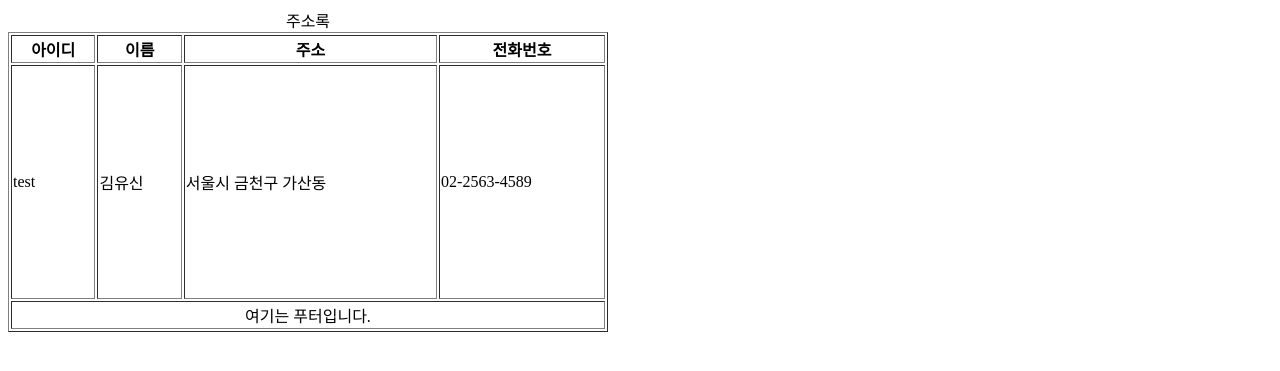
Repository: rightsecond3/java52
Page: workspace_script/dev_html/WebContent/html_table/table_1.html
The author's editor kept a copy of each file at every save. The page is drawn from the files as they stood at one save, then again after the next save.
The browser window is 1280 px wide. The pictures show the whole page.

Above is the page before, as saved 2019-06-10 02:15:33.

### workspace_script/dev_html/WebContent/html_table/table_1.html
<!DOCTYPE html>
<html>
<head>
<meta charset="UTF-8">
<title>주소록</title>
</head>
<body>
	<table border="1" width="600px" height="300px">
		<!-- 테이블의 이름 지정 -->
		<caption>주소록</caption>
		<thead>
			<!-- 로우 -->
			<tr>
				<!-- 컬럼 -->
				<th>아이디</th>
				<th>이름</th>
				<th>주소</th>
				<th>전화번호</th>
			</tr>
		</thead>
		<tbody>
			<tr>
				<td>test</td>
				<td>김유신</td>
				<td>서울시 금천구 가산동</td>
				<td>02-2563-4589</td>
			</tr>
		</tbody>
		<tfoot>
			<tr>
				<!-- colspan:셀병합, align : 정렬상태 -->
				<td colspan="4" align="center">여기는 푸터입니다.</td>
			</tr>
		</tfoot>
	</table>
</body>
</html>

After the next save:
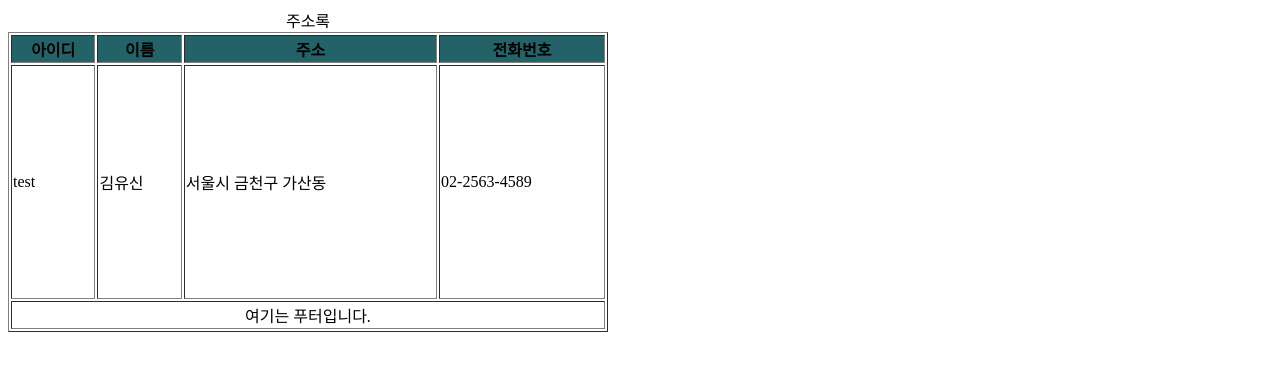
Saved 113 s later.
--- a/workspace_script/dev_html/WebContent/html_table/table_1.html
+++ b/workspace_script/dev_html/WebContent/html_table/table_1.html
@@ -10,7 +10,7 @@
 		<caption>주소록</caption>
 		<thead>
 			<!-- 로우 -->
-			<tr>
+			<tr bgColor="#236267">
 				<!-- 컬럼 -->
 				<th>아이디</th>
 				<th>이름</th>
